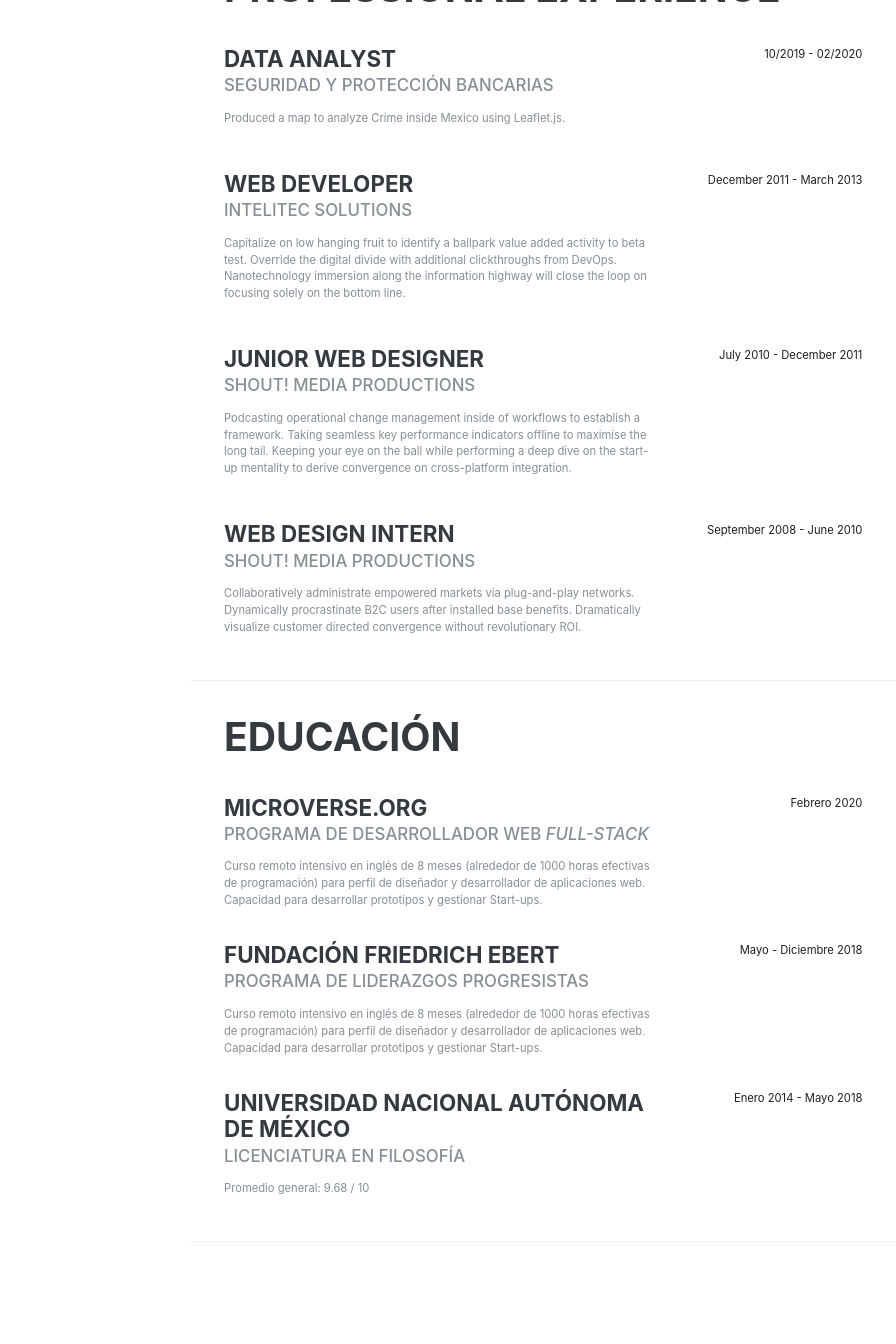
Repository: angel-mora/about-me
Page: en-index.html
These files come from the project's save history. The page is drawn as it stood at one moment and after the next save; the edit follows.
The browser window is 1280 px wide. The pictures show the part of the page from y = 819 to 2739 px (the page is 4755 px tall before and 4406 px after), at 70% of full size.
Some web fonts or font styles are not loaded; a fallback is used.

Above is the page before, as saved 2020-06-30 18:50:08.

After the next save:
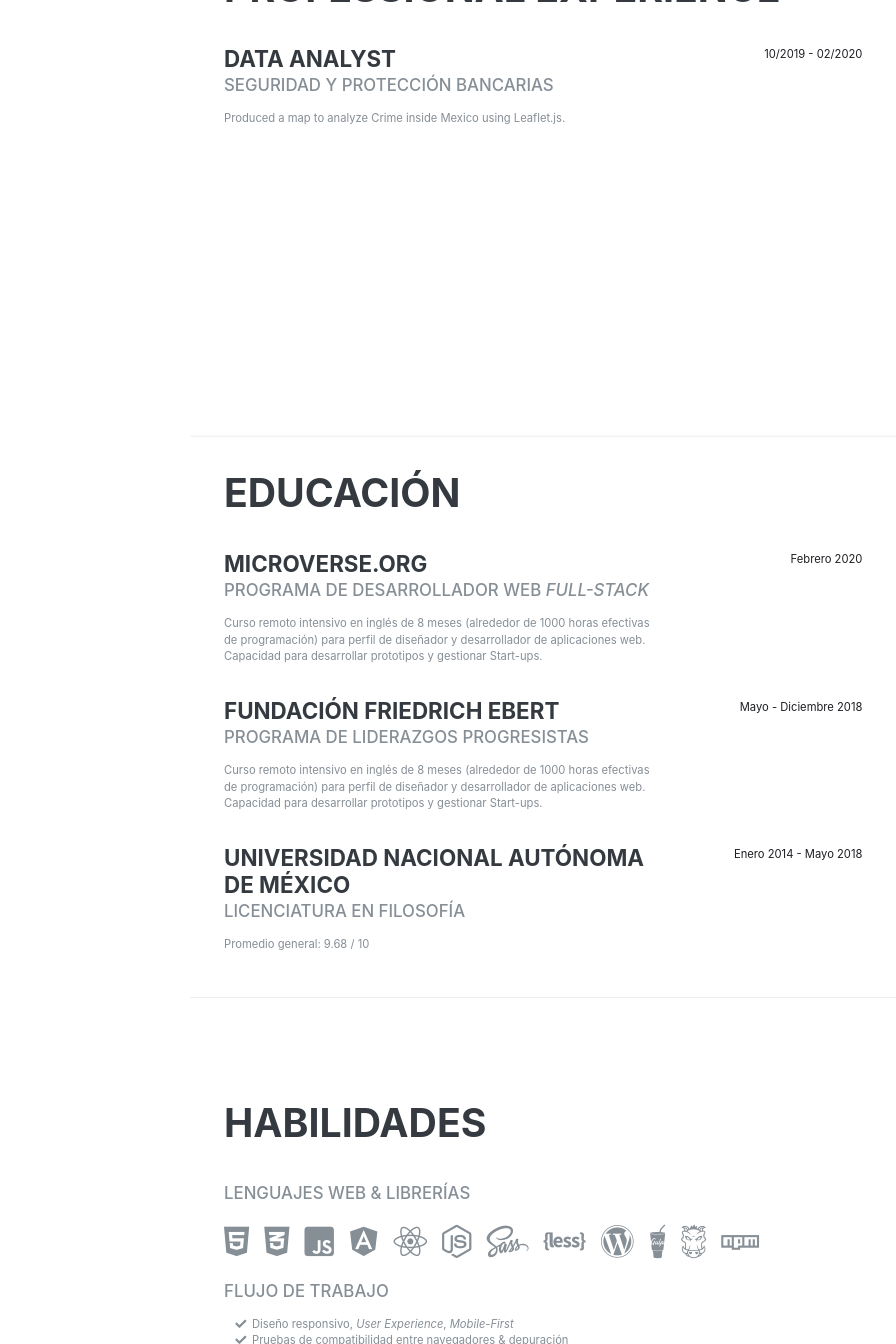
Saved 2 min 22 s later.
--- a/en-index.html
+++ b/en-index.html
@@ -108,41 +108,6 @@
                     </div>
                 </div>
 
-                <div class="resume-item d-flex flex-column flex-md-row justify-content-between mb-5">
-                    <div class="resume-content">
-                        <h3 class="mb-0">Web Developer</h3>
-                        <div class="subheading mb-3">Intelitec Solutions</div>
-                        <p>Capitalize on low hanging fruit to identify a ballpark value added activity to beta test. Override the digital divide with additional clickthroughs from DevOps. Nanotechnology immersion along the information highway will close
-                            the loop on focusing solely on the bottom line.</p>
-                    </div>
-                    <div class="resume-date text-md-right">
-                        <span class="text-primary">December 2011 - March 2013</span>
-                    </div>
-                </div>
-
-                <div class="resume-item d-flex flex-column flex-md-row justify-content-between mb-5">
-                    <div class="resume-content">
-                        <h3 class="mb-0">Junior Web Designer</h3>
-                        <div class="subheading mb-3">Shout! Media Productions</div>
-                        <p>Podcasting operational change management inside of workflows to establish a framework. Taking seamless key performance indicators offline to maximise the long tail. Keeping your eye on the ball while performing a deep dive on the
-                            start-up mentality to derive convergence on cross-platform integration.</p>
-                    </div>
-                    <div class="resume-date text-md-right">
-                        <span class="text-primary">July 2010 - December 2011</span>
-                    </div>
-                </div>
-
-                <div class="resume-item d-flex flex-column flex-md-row justify-content-between">
-                    <div class="resume-content">
-                        <h3 class="mb-0">Web Design Intern</h3>
-                        <div class="subheading mb-3">Shout! Media Productions</div>
-                        <p>Collaboratively administrate empowered markets via plug-and-play networks. Dynamically procrastinate B2C users after installed base benefits. Dramatically visualize customer directed convergence without revolutionary ROI.</p>
-                    </div>
-                    <div class="resume-date text-md-right">
-                        <span class="text-primary">September 2008 - June 2010</span>
-                    </div>
-                </div>
-
             </div>
 
         </section>
